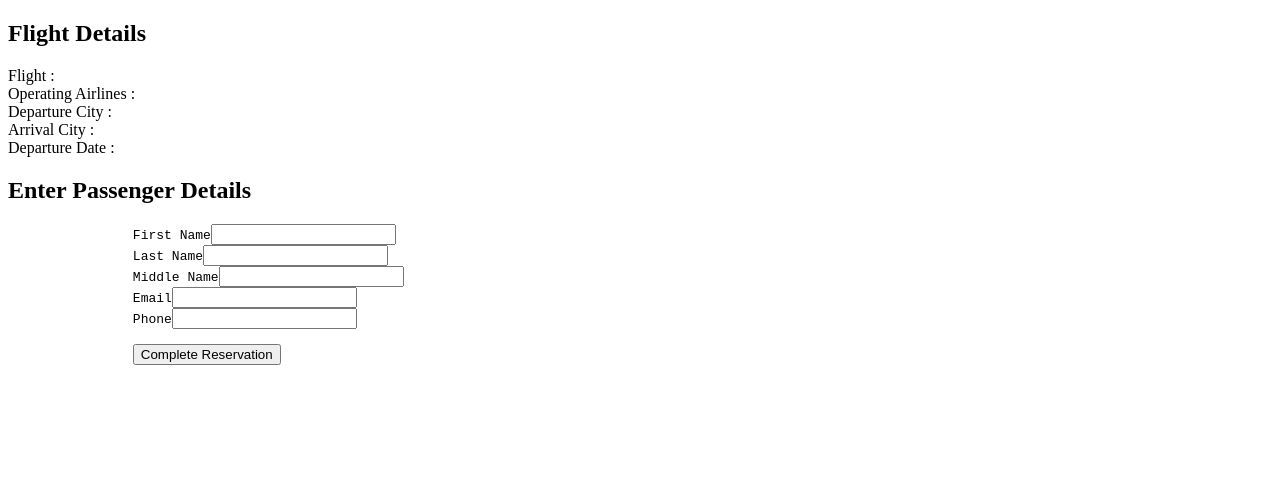
Repository: Jitu2319/Spring-Boot-repository
Page: http://localhost/Flight_Reservation_app/WEB-INF/jsps/showreservation.jsp
These files come from the project's save history. The page is drawn as it stood at one moment and after a run of saves; the edit follows.
The browser window is 1280 px wide. The pictures show the whole page.
The page is served by Tomcat 9. Nobody is signed in. Other server files are loaded and not shown. The template is opened directly, without the code that normally fills it, so the values that code supplies are empty.

Above is the page before, as saved 2022-08-27 16:20:38.

### Flight_Reservation_app/src/main/webapp/WEB-INF/jsps/showreservation.jsp
<%@ page language="java" contentType="text/html; charset=ISO-8859-1"
	pageEncoding="ISO-8859-1"%>
<!DOCTYPE html>
<html>
<head>
<meta charset="ISO-8859-1">
<title>Reservation Details</title>
</head>
<body>
	<h2>Flight Details</h2>
	Flight :${flight.flightNumber}
	</br> Operating Airlines :${flight.operatingAirlines}
	</br> Departure City :${flight.departureCity}
	</br> Arrival City :${flight.arrivalCity}
	</br> Departure Date :${flight.dateOfDeparture}
	</br>
	<h2>Enter Passenger Details</h2>

	<form>
		<pre>
		First Name<input type="text" name="firstName" />
		Last Name<input type="text" name="lastName" />
		Middle Name<input type="text" name="middleName" />
		Email<input type="text" name="email" />
		Phone<input type="text" name="phone" />
		<input type="hidden" name="flightId" value="${flight.id}" />
		<input type="submit" value="Complete Reservation" />
		</pre>
	</form>
</body>
</html>

After the next 2 saves:
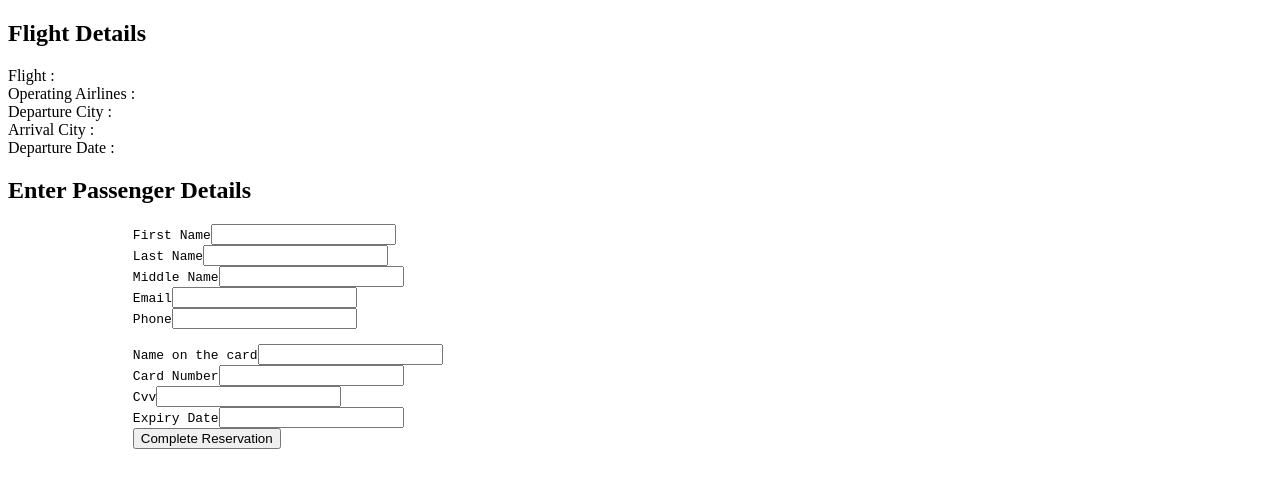
The 2 saves are shown as one change because they came seconds apart.
The last was saved 7 min 5 s later.
--- a/Flight_Reservation_app/src/main/webapp/WEB-INF/jsps/showreservation.jsp
+++ b/Flight_Reservation_app/src/main/webapp/WEB-INF/jsps/showreservation.jsp
@@ -24,6 +24,10 @@
 		Email<input type="text" name="email" />
 		Phone<input type="text" name="phone" />
 		<input type="hidden" name="flightId" value="${flight.id}" />
+		Name on the card<input type="text" name="nameOnTheCard" />
+		Card Number<input type="text" name="cardNumber" />
+		Cvv<input type="text" name="cvv" />
+		Expiry Date<input type="text" name="expiryDate" />
 		<input type="submit" value="Complete Reservation" />
 		</pre>
 	</form>
